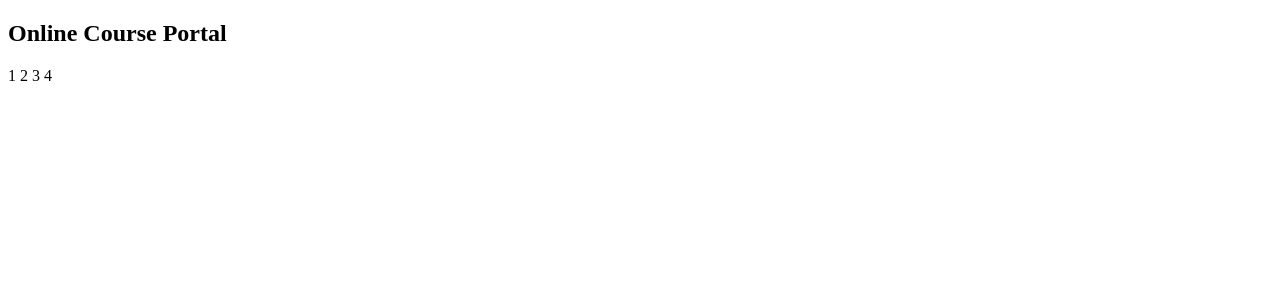
Repository: ashwinii19/Core-Java-Learning
Page: http://localhost/25-JSTL/Online course portal.jsp
These files come from the project's save history. The page is drawn as it stood at one moment and after the next save; the edit follows.
The browser window is 1280 px wide. The pictures show the whole page.
The page is served by Tomcat 9.

Above is the page before, as saved 2025-08-22 03:07:00.

After the next save:
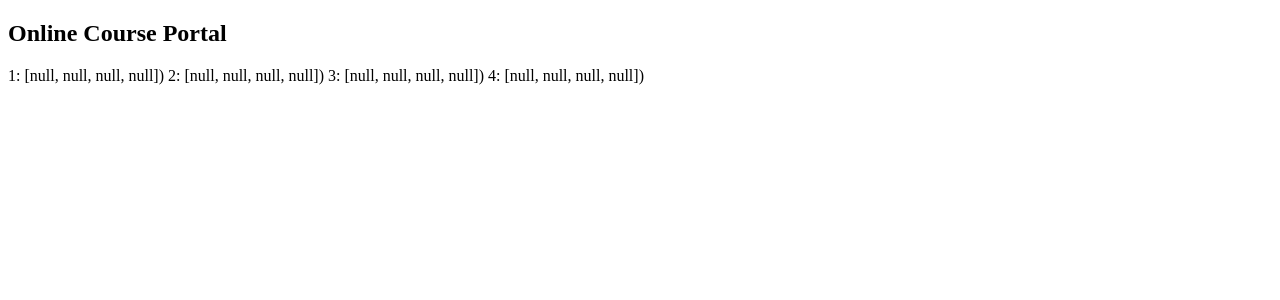
Saved 25 s later.
--- a/25-JSTL/src/main/webapp/Online course portal.jsp
+++ b/25-JSTL/src/main/webapp/Online course portal.jsp
@@ -13,7 +13,7 @@
 	<c:set var="course" value="${[Java, Python, Angular, Spring] }"></c:set>
 
 	<c:forEach var="corse" items="${course }" varStatus="status">
-		${status.count }
+		${status.count }: ${course })
 	</c:forEach>
 </body>
 </html>
